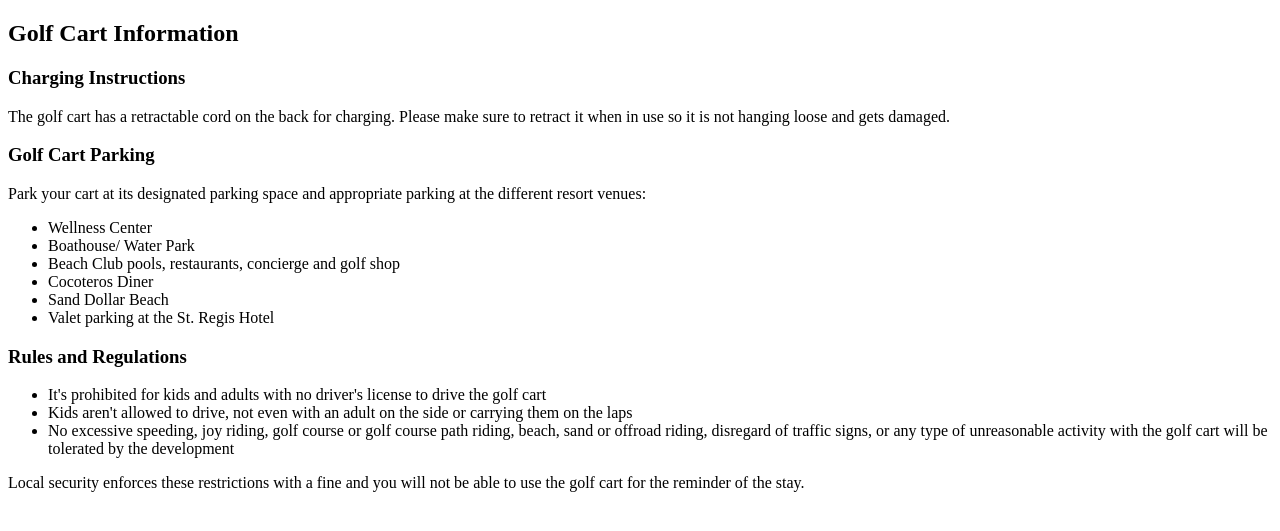
Repository: chvg1968/luxephonebook
Page: public/pages/golfcart.html
These files come from the project's save history. The page is drawn as it stood at one moment and after the next save; the edit follows.
The browser window is 1280 px wide. The pictures show the whole page.

Above is the page before, as saved 2025-01-24 20:12:42.

After the next save:
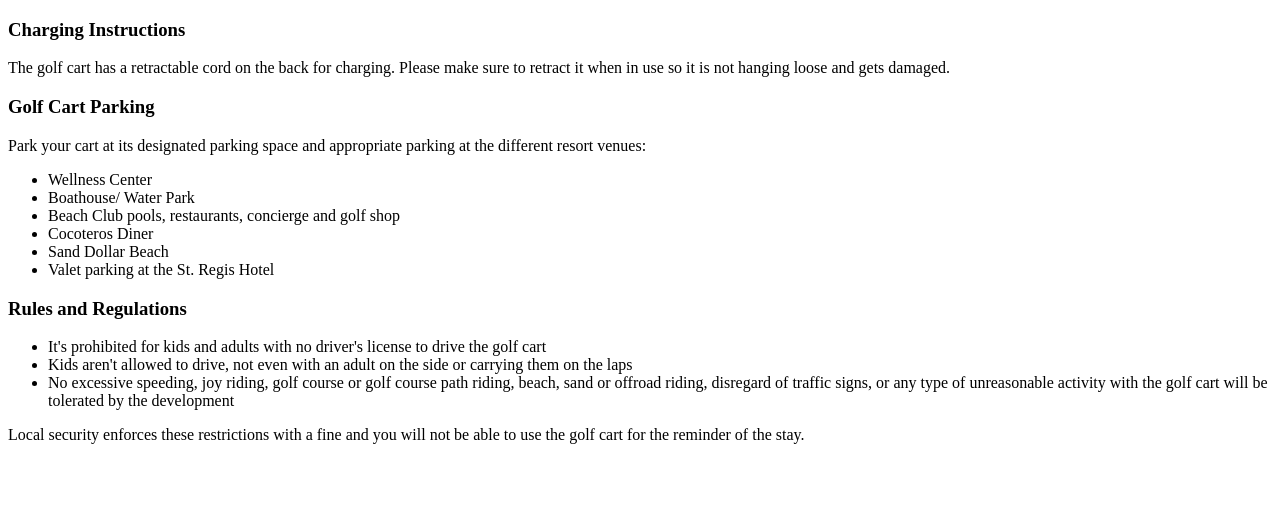
Saved 98 min 39 s later.
--- a/public/pages/golfcart.html
+++ b/public/pages/golfcart.html
@@ -1,7 +1,7 @@
 <!DOCTYPE html>
 <html>
 <body>
-    <h2>Golf Cart Information</h2>
+
 
     <div class="info-section">
         <h3>Charging Instructions</h3>
